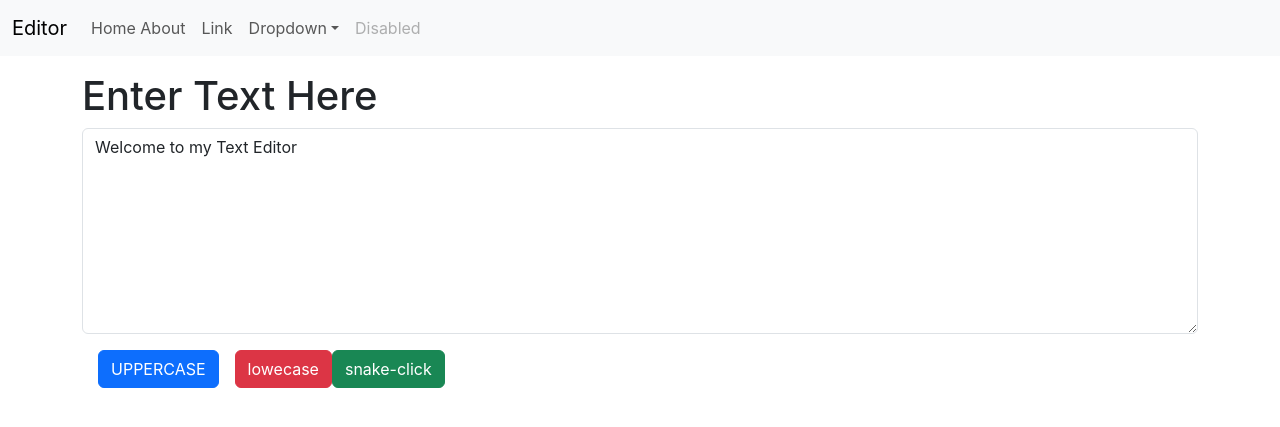
Repository: Shubham-tawar/Text-editor
Page: /
These files come from the project's save history. The page is drawn as it stood at one moment and after a run of saves; the edit follows.
The browser window is 1280 px wide. The pictures show the whole page.
The project was rebuilt for these pictures with package versions that can differ from the ones it lists, and the page was loaded fresh each time. Also part of the build but not shown: src/App.css.

Above is the page before, as saved 2025-07-05 22:30:02.

After the next 2 saves:
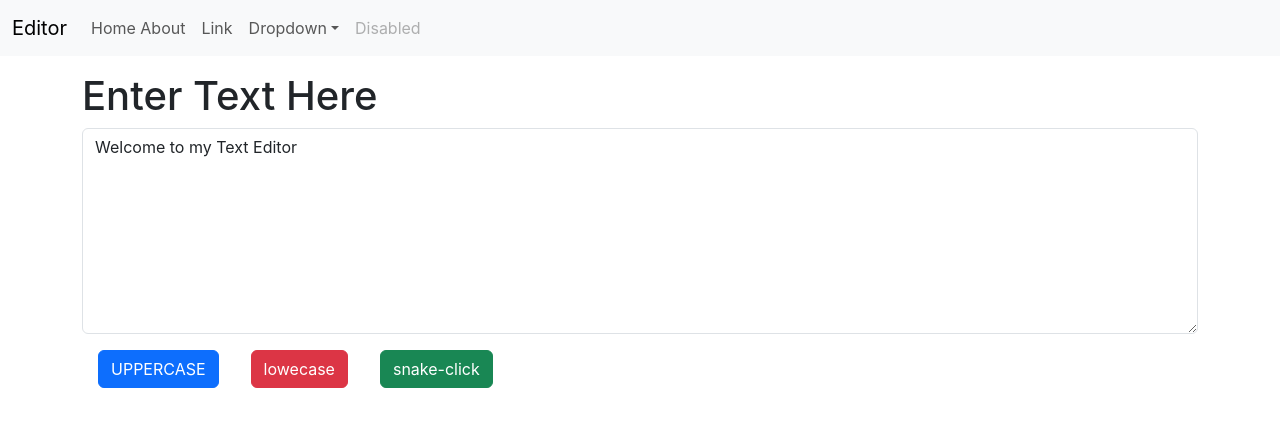
The 2 saves are shown as one change because they came seconds apart.
The last was saved 36 s later.
--- a/src/components/Textform.js
+++ b/src/components/Textform.js
@@ -33,8 +33,8 @@ export default function Textform(props) {
                 <textarea className="form-control" id="exampleFormControlTextarea1" onChange={handleOnChange} rows="8" value={text} placeholder='Text Area'></textarea>
             </div>
             <button type='button' className="btn btn-primary m-3" onClick={handleUpClick}>UPPERCASE</button>
-            <button type='button' className="btn btn-danger" onClick={handleLowClick}>lowecase</button>
-            <button type='button' className="btn btn-success" onClick={handleSnakeClick}>snake-click</button>
+            <button type='button' className="btn btn-danger m-3" onClick={handleLowClick}>lowecase</button>
+            <button type='button' className="btn btn-success m-3" onClick={handleSnakeClick}>snake-click</button>
         </form>
 
         </>
